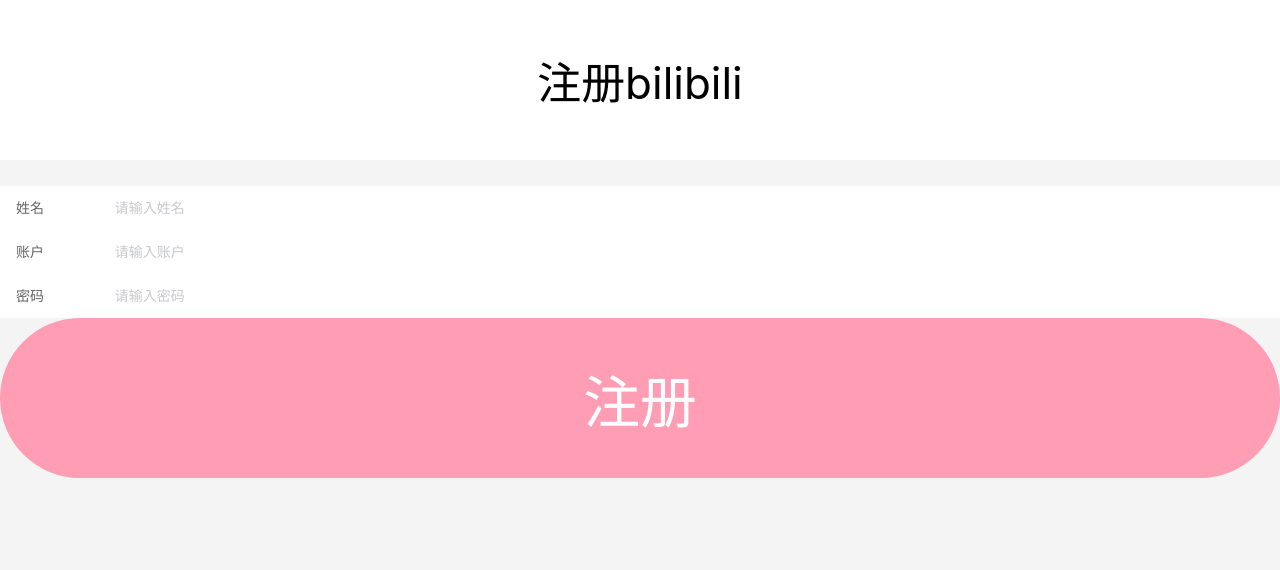
Repository: caiys666/bilibili
Page: /
The author's editor kept a copy of each file at every save. The page is drawn from the files as they stood at one save, then again after the next save.
The browser window is 1280 px wide. The pictures show the whole page.
The project was rebuilt for these pictures with package versions that can differ from the ones it lists, and the page was loaded fresh each time. Also part of the build but not shown: src/components/HelloWorld.vue, src/views/Home.vue.

Above is the page before, as saved 2020-10-01 18:34:45.

### src/main.js
import Vue from 'vue';
import App from './App.vue';
import router from './router';
import store from './store';
import Vant from 'vant';
import 'vant/lib/index.css';

Vue.use(Vant);

Vue.config.productionTip = false

new Vue({
  router,
  store,
  render: h => h(App)
}).$mount('#app')

### src/App.vue
<template>
<div id="app">

    <router-view />
</div>
</template>

<style>
body {
    margin: 0;
    padding: 0;
    box-sizing: border-box;
    background-color: #f4f4f4;
}
</style>

### src/router/index.js
import Vue from 'vue'
import VueRouter from 'vue-router'
import Home from '../views/Home.vue'

Vue.use(VueRouter)

const routes = [
  {
    path: '/home',
    name: 'Home',
    component: Home
  },
  {
    path: '/',
    name: 'Register',
    // route level code-splitting
    // this generates a separate chunk (about.[hash].js) for this route
    // which is lazy-loaded when the route is visited.
    component: () => import(/* webpackChunkName: "about" */ '../views/register.vue')
  }
]

const router = new VueRouter({
  routes
})

export default router

### src/views/register.vue
<template>
<div>
    <login-top middleTop="注册bilibili"></login-top>
    <login-text style="margin-top:2vw" label="姓名" placeholder="请输入姓名" rule="^.{6,16}$"></login-text>
    <login-text label="账户" placeholder="请输入账户" rule="^.{6,16}$"></login-text>
    <login-text label="密码" placeholder="请输入密码" type="password" rule="^.{6,16}$"></login-text>
    <login-btn></login-btn>
</div>
</template>

<script>
import LoginTop from "../components/commn/LoginTop.vue";
import LoginText from "../components/commn/LoginText.vue";
import LoginBtn from '../components/commn/LoginBtn';
export default {
    components: {
        LoginTop,
        LoginText,
        LoginBtn
    },
};
</script>

<style scoped></style>

### src/components/commn/LoginTop.vue
<template>
<div>
    <div class="LoginTop">
        <div></div>
        <div>{{middleTop}}</div>
        <div></div>
    </div>
</div>
</template>

<script>
export default {
    props: ['middleTop']
}
</script>

<style scoped>
.LoginTop {
    height: 12.5vw;
    background-color: white;
    display: flex;
}

.LoginTop div {
    display: flex;
    flex: 1;
    justify-content: center;
    align-items: center;
    font-size: 3.433vw;
}
</style>

### src/components/commn/LoginText.vue
<template>
<div id="LoginText">
    <van-field v-model="text" :label="label" :placeholder="placeholder" :type='type' :rule='rule' />
</div>
</template>

<script>
export default {
    name: 'LoginText',
    props: ['label', 'type', 'placeholder', 'rule']
}
</script>

<style scoped>

</style>

### src/components/commn/LoginBtn.vue
<template>
<div>
    <div class="loginbtn">注册</div>
</div>
</template>

<script>
export default {

}
</script>

<style scoped>
.loginbtn {
    height: 12.5vw;
    background-color: #ff9db5;
    color: white;
    display: flex;
    justify-content: center;
    align-items: center;
    font-size: 4.444vw;
    border-radius: 6.75vw;
}
</style>

Loaded but not shown: public/index.html (common file); src/store/index.js (common file)

After the next save:
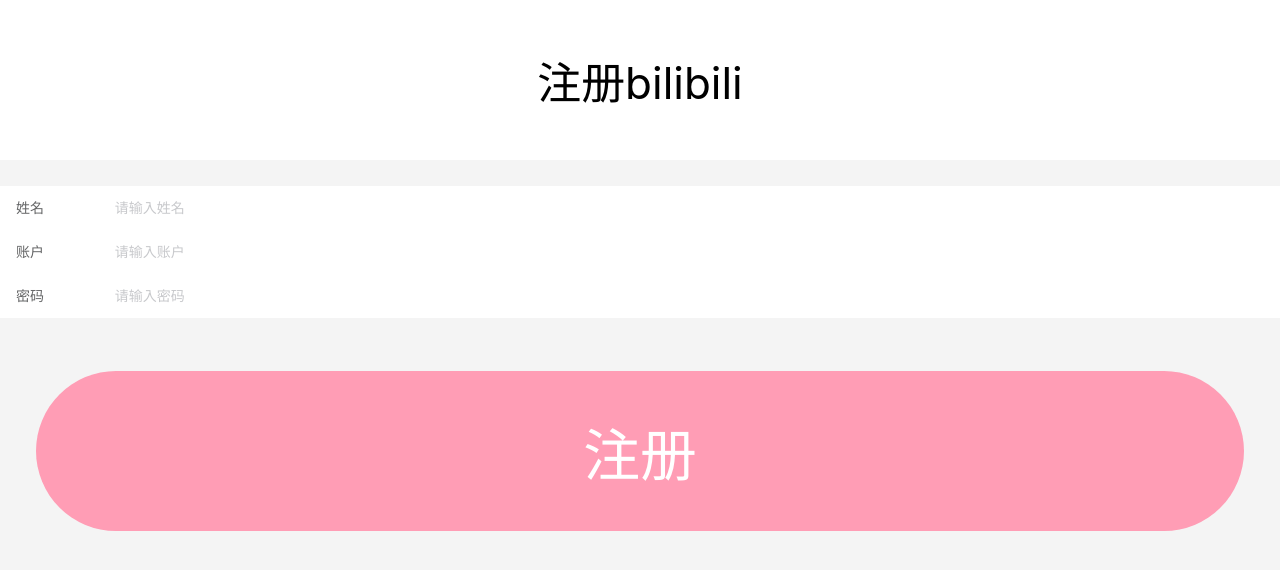
Saved 65 s later.
--- a/src/components/commn/LoginBtn.vue
+++ b/src/components/commn/LoginBtn.vue
@@ -1,5 +1,5 @@
 <template>
-<div>
+<div class="btnparent">
     <div class="loginbtn">注册</div>
 </div>
 </template>
@@ -11,6 +11,10 @@
 </script>
 
 <style scoped>
+.btnparent {
+    padding: 4.167vw 2.778vw;
+}
+
 .loginbtn {
     height: 12.5vw;
     background-color: #ff9db5;
